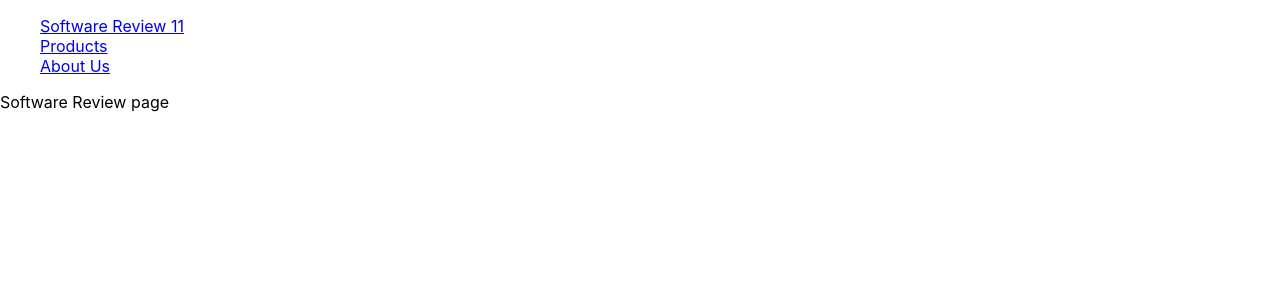
Repository: Alaa-M1/phoenix-products-reactjs-mui
Page: /
The author's editor kept a copy of each file at every save. The page is drawn from the files as they stood at one save, then again after the next save.
The browser window is 1280 px wide. The pictures show the whole page.
The project was rebuilt for these pictures with package versions that can differ from the ones it lists, and the page was loaded fresh each time. Also part of the build but not shown: src/App.css, src/pages/Products/index.tsx, src/pages/AboutUs/index.tsx.

Above is the page before, as saved 2023-04-18 15:33:07.

### src/App.tsx
import React from "react";
import "./App.css";
import { Routes, Route } from "react-router-dom";
import AppLayout from "components/AppLayout";
import SoftwareReview from "pages/SoftwareReview";
import Products from "pages/Products";
import AboutUs from "pages/AboutUs";

function App() {
  return (
    <Routes>
      <Route path="/" element={<AppLayout />}>
        <Route index element={<SoftwareReview />}></Route>
        <Route path="/products" element={<Products />}></Route>
        <Route path="/about-us" element={<AboutUs />}></Route>
      </Route>
    </Routes>
  );
}

export default App;

### src/components/AppLayout.tsx
import { Link, Outlet } from "react-router-dom";
import styled from 'styled-components';

const StyledNav=styled.nav`
li{

  text-decoration: none;
  list-style: none;
}
`;
const AppLayout = () => {
  return (
    <>
      <StyledNav>
        <ul>
          <li>
            <Link to="/">Software Review 11</Link>
          </li>
          <li>
            <Link to="/Products">Products</Link>
          </li>
          <li>
            <Link to="/about-us">About Us</Link>
          </li>
        </ul>
      </StyledNav>
      <Outlet />
    </>
  );
};

export default AppLayout;

### src/pages/SoftwareReview/index.tsx
const SoftwareReview=()=>{
    return <div>Software Review page</div>
}

export default SoftwareReview;

Loaded but not shown: public/index.html (common file); src/index.tsx (common file); src/index.css (common file); src/reportWebVitals.ts (common file)

After the next save:
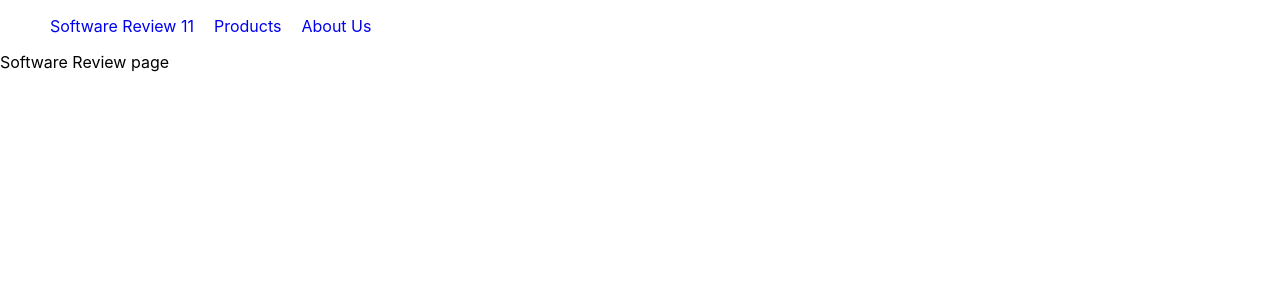
Saved 37 s later.
--- a/src/components/AppLayout.tsx
+++ b/src/components/AppLayout.tsx
@@ -3,9 +3,13 @@
 
 const StyledNav=styled.nav`
 li{
+  display: inline-block;
+  margin: 0px 10px;
+  list-style: none;
+}
+li a{
+  text-decoration: none;
 
-  text-decoration: none;
-  list-style: none;
 }
 `;
 const AppLayout = () => {
